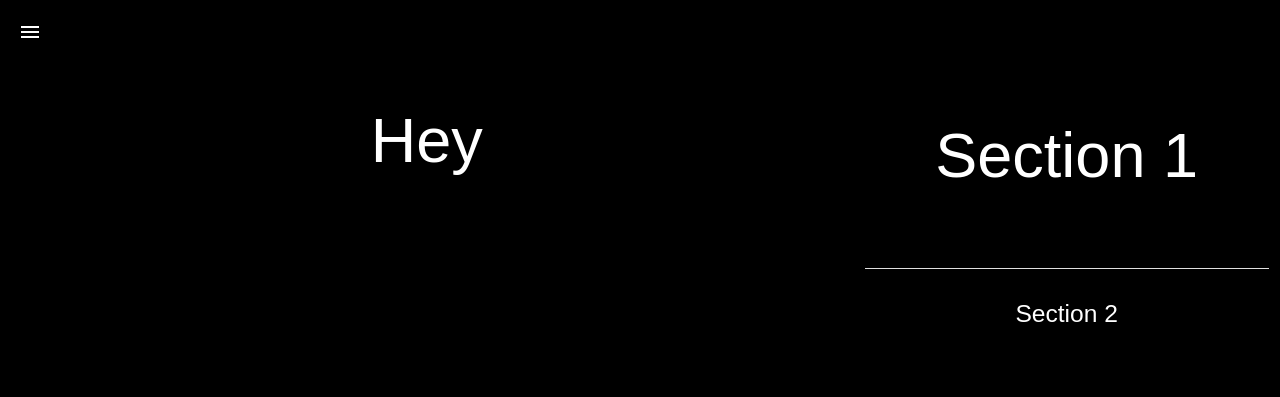
Repository: Ajtheult/final-project
Page: /cart
These files come from the project's save history. The page is drawn as it stood at one moment and after the next save; the edit follows.
The browser window is 1280 px wide. The pictures show the whole page.
Some web fonts or font styles are not loaded; a fallback is used. Some web libraries are served in a nearby version. The project was rebuilt for these pictures with package versions that can differ from the ones it lists, and the page was loaded fresh each time. Also part of the build but not shown: src/layout/pages/LandingPage.js, src/layout/pages/About.js, src/layout/pages/catalogue/Keys.js, src/layout/pages/catalogue/String.js, src/layout/pages/catalogue/Woodwind.js, src/layout/pages/catalogue/Percussion.js, src/layout/pages/login/Login.js, src/layout/pages/login/NewSignUp.js.

Above is the page before, as saved 2020-07-23 10:19:07.

### public/index.html
<!DOCTYPE html>
<html lang="en">
  <head>
    <meta charset="utf-8" />
    <link rel="icon" type="image/png" href="favicon.png" />
    <meta name="viewport" content="width=device-width, initial-scale=1" />
    <meta name="theme-color" content="#000000" />
    <meta
      name="description"
      content="Web site created using create-react-app"
    />

    <link rel="manifest" href="%PUBLIC_URL%/manifest.json" />

    <link
      rel="stylesheet"
      href="https://fonts.googleapis.com/icon?family=Material+Icons"
    />
    <link
      rel="stylesheet"
      href="https://cdnjs.cloudflare.com/ajax/libs/animate.css/4.0.0/animate.min.css"
    />
    <link
      href="https://fonts.googleapis.com/css2?family=Gruppo&family=Qwigley&display=swap"
      rel="stylesheet"
    />

    <title>Ling Ling 40 Hours</title>
  </head>
  <body>
    <noscript>You need to enable JavaScript to run this app.</noscript>
    <div id="root"></div>
  </body>
</html>

### src/index.js
import React from "react";
import ReactDOM from "react-dom";

import "materialize-css/dist/css/materialize.min.css";

import App from "./App";

ReactDOM.render(
  <React.StrictMode>
    <App />
  </React.StrictMode>,
  document.getElementById("root")
);

### src/App.js
import React from "react";
import "./App.css";
import Navbar from "./layout/nav/Navbar";
import LandingPage from "./layout/pages/LandingPage";
import About from "./layout/pages/About";
import Keys from "./layout/pages/catalogue/Keys";
import String from "./layout/pages/catalogue/String";
import Woodwind from "./layout/pages/catalogue/Woodwind";
import Percussion from "./layout/pages/catalogue/Percussion";
import Login from "./layout/pages/login/Login";
import Cart from "./layout/pages/Cart";
import NewSignUp from "./layout/pages/login/NewSignUp";

import { BrowserRouter as Router, Switch, Route } from "react-router-dom";

function App() {
  return (
    <Router>
      <div className="App">
        <Navbar />
        <Switch>
          <Route path="/" exact component={LandingPage} />
          <Route path="/about" component={About} />
          <Route path="/login" component={Login} />
          <Route path="/cart" component={Cart} />
          <Route path="/keys" component={Keys} />
          <Route path="/string" component={String} />
          <Route path="/woodwind" component={Woodwind} />
          <Route path="/percussion" component={Percussion} />
          <Route path="/new-sign-up" component={NewSignUp} />
        </Switch>
      </div>
    </Router>
  );
}

export default App;

### src/App.css
.App {
  text-align: center;
}

/* The text colour is white thats why its not showing */

.text-nav {
  margin-left: 55%;
  font-size: 25px;
}

.a-text-nav {
  font-size: 25px;
}

.size {
  font-size: 30px;
}

img.bg {
  /* Set rules to fill background */
  min-height: 100%;
  min-width: 1024px;

  /* Set up proportionate scaling */
  width: 100%;
  height: auto;

  /* Set up positioning */
  position: fixed;
  top: 0;
  left: 0;
  z-index: -1;
}

div.admin-bg {
  /* Set rules to fill background */
  min-height: 100%;
  min-width: 1024px;

  /* Set up proportionate scaling */
  width: 100%;
  height: auto;

  /* Set up positioning */
  position: fixed;
  top: 0;
  left: 0;
  z-index: -1;
  background-color: black;
}

@media screen and (max-width: 1024px) {
  /* Specific to this particular image */
  img.bg {
    left: 50%;
    margin-left: -512px; /* 50% */
  }

  div.admin-bg {
    left: 50%;
    margin-left: -512px; /* 50% */
  }
}

h1,
h2,
h3,
h4,
h5,
h6 p {
  color: white;
}

.myback {
  height: 220px;
  width: 300px;
}

.centered {
  position: absolute;
  top: 40%;
  left: 50%;
  transform: translate(-50%, -50%);
  font-size: 140px;
  font-family: "Qwigley", cursive;
  color: rgb(255, 255, 255);
}
/* Login-Start */
body {
  font-family: sans-serif;
  background-color: black;
  background-size: cover;
}

.sign {
  text-align: left;
  margin-left: 20px;
  font-size: 22px;
  font-family: serif;
  color: black;
}
.my_login-box {
  width: 300px;
  position: absolute;
  top: 50%;
  left: 50%;
  transform: translate(-50%, -50%);
}

.my_login-box h1 {
  font-size: 30px;
  margin-bottom: 30px;
  padding: 5px;
  font-family: Times, serif;
  color: black;
}

.my_textbox {
  width: 100%;
  overflow: hidden;
  font-size: 20px;
  padding: 8px;
  margin: 8px;
}

.my_textbox input {
  border: none;
  outline: none;
  background: none;
  color: white;
  font-size: 18px;
  width: 80%;
  float: left;
  margin: 0 10px;
}

.my_btn {
  width: 100%;
  background-color: black;
  border: 10px solid black;
  color: rgb(255, 255, 255);
  padding: 5px;
  font-size: 18px;
  cursor: pointer;
  margin: 12px;
}
/* Login-End */

.colour_of_about_text {
  color: white;
  font-size: 30px;
}

.text-colour {
  color: black;
}

.move_down {
  margin-top: 50%;
}

.card_text_colour {
  color: black;
  font-size: 18px;
  text-align: left;
}

.price {
  margin-top: -10px;
  text-align: left;
}

.cart-btn {
  margin-top: 10px;
}

.headings_popup {
  text-align: left;
}

.instrument_sections {
  color: black;
  font-family: "Qwigley", cursive;
  font-size: 80px;
  margin-top: -5px;
  text-shadow: 2px 0 0 #fff, -2px 0 0 #fff, 0 2px 0 #fff, 0 -2px 0 #fff,
    1px 1px #fff, -1px -1px 0 #fff, 1px -1px 0 #fff, -1px 1px 0 #fff;
}

.about {
  font-family: "Qwigley", cursive;
  font-size: 180px;
  color: black;
  text-shadow: 2px 0 0 #fff, -2px 0 0 #fff, 0 2px 0 #fff, 0 -2px 0 #fff,
    1px 1px #fff, -1px -1px 0 #fff, 1px -1px 0 #fff, -1px 1px 0 #fff;
}

.questions {
  font-family: "Gruppo", cursive;
}

.move_this_up {
  margin-top: -10px;
}

.move_my_products {
  margin-top: -70px;
}

.about_us_move {
  margin-left: 50%;
  margin-top: 19%;
  position: absolute;
  padding: 20px;
  transform: translate(-50%, -50%);
}

.gender_colour {
  color: black;
}

.the_container {
  width: 50%;
}

.move_this_row {
  margin-top: -80px;
}

.sign_up_head {
  font-family: "Qwigley", cursive;
  font-size: 100px;
  color: black;
  text-shadow: 2px 0 0 #fff, -2px 0 0 #fff, 0 2px 0 #fff, 0 -2px 0 #fff,
    1px 1px #fff, -1px -1px 0 #fff, 1px -1px 0 #fff, -1px 1px 0 #fff;
}

### src/layout/nav/Navbar.js
/* eslint-disable jsx-a11y/anchor-is-valid */
import React, { Component } from "react";
import M from "materialize-css/dist/js/materialize.min.js";
import "../../App.css";
import logo from "./logo.jpg";
import mybackground from "./mybackground.jpg";
import { Link } from "react-router-dom";

export class Navbar extends Component {
  componentDidMount() {
    document.addEventListener("DOMContentLoaded", function () {
      var elems = document.querySelectorAll(".sidenav");
      // eslint-disable-next-line
      var instances = M.Sidenav.init(elems, {});
    });
  }

  render() {
    return (
      <div>
        <nav>
          <div className="nav-wrapper black">
            <a
              data-target="slide-out"
              className="sidenav-trigger show-on-large"
            >
              <i className="material-icons">menu</i>
            </a>
          </div>
        </nav>
        <ul id="slide-out" className="sidenav">
          <li>
            <div className="user-view">
              <div className="background">
                <img src={mybackground} className="myback" alt="background" />
              </div>
              <a href="/">
                <img className="circle" src={logo} alt="logo" />
              </a>

              <span className="white-text name size">40 hours</span>
              <br />
            </div>
          </li>
          <Link to="/">
            <li>Home</li>
          </Link>
          <Link to="/about">
            <li>About Us</li>
          </Link>
          <li>
            <div className="divider"></div>
          </li>

          <li>
            <div className="subheader">User</div>
          </li>

          <Link to="/login">
            <li>Login</li>
          </Link>
          <Link to="/new-sign-up">
            <li>Sign up</li>
          </Link>

          <Link to="/cart">
            <li>Cart</li>
          </Link>
          <li>
            <div className="divider"></div>
          </li>

          <li>
            <div className="subheader">Catalogue</div>
          </li>

          <Link to="/keys">
            <li>Keys</li>
          </Link>
          <Link to="/string">
            <li>String</li>
          </Link>
          <Link to="/woodwind">
            <li>Woodwind</li>
          </Link>
          <Link to="/percussion">
            <li>Percussion</li>
          </Link>
          <li>
            <div className="divider"></div>
          </li>
          <li>
            <div className="subheader">My Portfolio</div>
          </li>
          <li>
            <a
              className="waves-effect"
              href="https://ajtheult.github.io/portfolio-v3/"
            >
              Asaph Franks
            </a>
          </li>
        </ul>
      </div>
    );
  }
}

export default Navbar;

### src/layout/pages/Cart.js
import React from "react";

const Cart = () => {
  return (
    <div className="">
      <div class="row">
        <div class="col s8">
          <h1>Hey</h1>
        </div>

        <div class="col s4">
          <div class="section">
            <h1>Section 1</h1>
            <p>Stuff</p>
          </div>
          <div class="divider"></div>
          <div class="section">
            <h5>Section 2</h5>
            <p>Stuff</p>
          </div>
        </div>
      </div>
    </div>
  );
};

export default Cart;

After the next save:
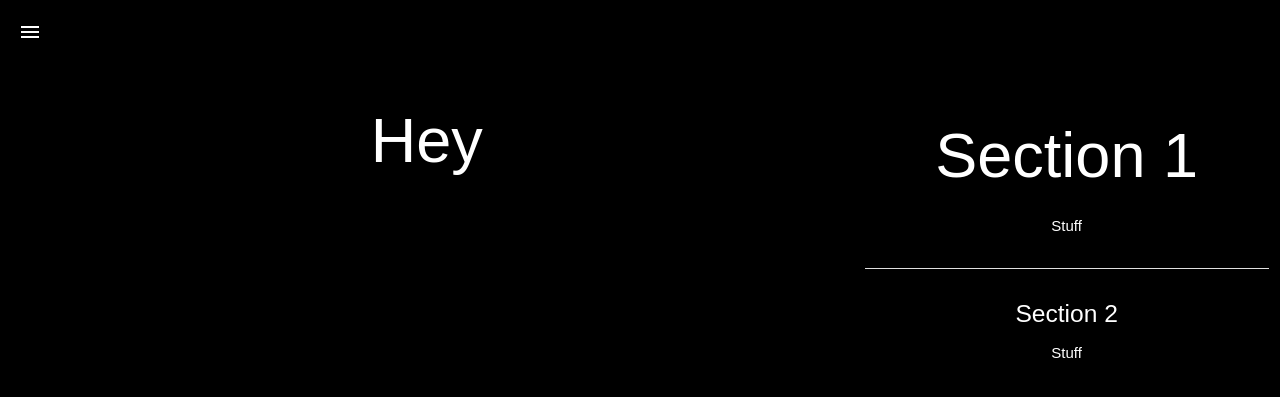
Saved 7 s later.
--- a/src/App.css
+++ b/src/App.css
@@ -68,7 +68,8 @@ h2,
 h3,
 h4,
 h5,
-h6 p {
+h6,
+p {
   color: white;
 }
 
